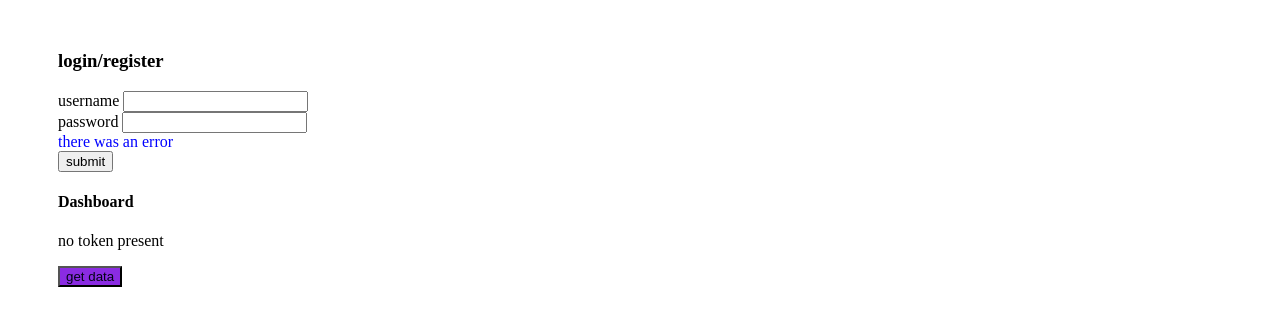
Repository: shivanand1988-28-06/townwarta
Page: http://localhost/
An editor plug-in stored every save of this project. The page is shown before and after the next save, followed by the edit.
The browser window is 1280 px wide. The pictures show the whole page.
Some web libraries are served in a nearby version. The page is served by the project's Node server (Townwarta.js). Other server files are loaded and not shown.

Above is the page before, as saved 2022-03-16 00:46:08.

### public/index.html
<!-- <!DOCTYPE html>
<html>

<head>
    <meta charset="UTF-8" />
    <meta http-equiv="X-UA-Compatible" content="IE=edge" />
    <meta name="viewport" content="width=device-width, initial-scale=1.0" />
    <title>Townwarta</title>
    <link rel="stylesheet" href="./styles.css" />
</head>
    <body>
        <main>
             <form class= "form makenews">
        <div>
              <label for= "newstitle" class= "newstitle-label">TITLE</label><br><br>
              <input type = "text" class = "newstitle-input"></input><br><br>
        </div>

        <div>
              <label for= "newsheading" class= "newsheading-label">Heading</label><br><br>
              <textarea name="heading" class="newsheading" ></textarea><br><br>
        </div>
 <div>
                <label for= "newsarticle" class= "news-label">NewsArticle</label><br><br>
                <textarea name=" newsarticle" cols="30" rows="10"></textarea><br><br>
            </div>
            <div>
                <label for="newsimages"></label><br><br>
                <input type="file" name="newsimage" multiple><br><br>
            </div>
            <div>
                <label for="tags" class="tags">SelectTags</label><br><br>
                <select class="tags" multiple>
                    <option value="sports">SPORTS</option>
                    <option value="health">HEALTH</option>
                    <option value="politics">POLITICS</option>
                    <option value="security">SECURITY</option>
                    <option value="international">INTERNATIONAL</option>
                    <option value="bollywood">BOLLYWOOD</option>
                </select><br><br>
            </div>
            <div>
                <label for="tags" class="tags">SelectStates</label><br><br>
                <select class="tags" multiple>
                    <option value="UTTARPRADESH">UTTARPRADESH</option>
                    <option value="MAHARASHTRA">MAHARASHTRA</option>
                    <option value="GUJRAT">GUJRAT</option>
                    <option value="PANJAB">PANJAB</option>
                    <option value="TAMILNADU">TAMILNADU</option>
                    <option value="JAMMU AND KASHMIR">JAMMU AND KASHMIR</option>
                </select><br><br>
            </div>

                <button type = "submit" class="form-submit">SUBMIT NEWS DATA</button>

            </form>

        </main>



<script>
 src="https://cdnjs.cloudflare.com/ajax/libs/axios/0.21.1/axios.min.js"
      integrity="sha512-bZS47S7sPOxkjU/4Bt0zrhEtWx0y0CRkhEp8IckzK+ltifIIE9EMIMTuT/mEzoIMewUINruDBIR/jJnbguonqQ=="
      crossorigin="anonymous"
      referrerpolicy="no-referrer"
</script>
<script src= "./browser-app.js"></script>
</body>
</html> -->




<!DOCTYPE html>
<html lang="en">
  <head>
    <meta charset="UTF-8" />
    <meta http-equiv="X-UA-Compatible" content="IE=edge" />
    <meta name="viewport" content="width=device-width, initial-scale=1.0" />
    <title>JWT Basics</title>
    <link rel="stylesheet" href="./styles.css" />

  </head>
  <body>

    <main class ="first" id ="firstform">
      <div >
      <form class = "form contact-form">
        <h3>login/register</h3>
        <div class ="form-row">
          <label for="username" class="form-label">username</label>
          <input type="text" class="form-input username-input" />
        </div>
        <div class="form-row">
          <label for="password" class="form-label">password</label>
          <input type="password" class="form-input password-input" />
        </div>
        <div class="text-small form-alert">there was an error</div>
        <button type="submit" class="btn btn-block">submit</button>
      </form>
    </div>
      <div class="container">
        <h4>Dashboard</h4>
        <p class="token">no token present</p>
        <div class="result"></div>
        <button class="btn btn-block" id="data">get data</button>
      </div>

      <div id="root"></div>
    </main>
    <script
      src="https://cdnjs.cloudflare.com/ajax/libs/axios/0.21.1/axios.min.js"
      integrity="sha512-bZS47S7sPOxkjU/4Bt0zrhEtWx0y0CRkhEp8IckzK+ltifIIE9EMIMTuT/mEzoIMewUINruDBIR/jJnbguonqQ=="
      crossorigin="anonymous"
      referrerpolicy="no-referrer"
    ></script>
    <script src="./browser-app.js"></script>

  </body>
</html>

### Townwarta.js

require("dotenv").config();
const express = require("express");
const mongoose = require("mongoose");
const router = require("./routes/mainroutes");
const connectDB = require("./db/connect");
const app = express();

const port = process.env.PORT || 3000

app.use(express.json());

 app.use("/api/v1",router);
 app.use (express.urlencoded({extended:false}));
 app.use(express.static("./public"));

const start = async () =>{

try{

    await connectDB(process.env.MONGO_URI);
    app.listen(port,()=>{ console.log(`app is running over port ${port}`)});

}catch(error) {

    console.log(error);

}

}

start();

### public/styles.css
.makenews{
    text-align: center;
    padding-top: 40px;
};
.newstitle-label{
   padding-bottom: 0px;
   color:blue;
}
.newstitle-input{
    color:brown;
};
.newsheading{

    color:blue
}

.first{

   margin: 50px;


   }


.form-alert{
    color:blue
}

#data{
    color: rgb(3, 3, 22);
    background-color: blueviolet;
}

### public/browser-app.js

// const formDOM = document.querySelector('.form');
// const usernameInputDOM = document.querySelector('.username-input');
// const passwordInputDOM = document.querySelector('.password-input');
// const btnDOM = document.querySelector('#data');
// const resultDOM = document.querySelector('.result');

// formDOM.addEventListener('submit',async(e)=>{
//    e.preventDefault();
//     const username = usernameInputDOM.value
//     const password = passwordInputDOM.valuey

//     const newsheading = textDOM.value;

// try{

// const {data} = await axios.post('/api/v1/news/users',{username,password})

// }catch(error){
//         console.log(error);
// }


//      }
// );

// btnDOM.addEventListener('click',async(e)=>{
//         const {data} = await axios.get('/api/v1/news/users',(e)=>{console.log({data})}

//         );
//         resultDOM.innerHTML = `<h1>${data.username}</h1>`;
// }

// )






const formDOM = document.querySelector('.form');
const usernameInputDOM = document.querySelector('.username-input');
const passwordInputDOM = document.querySelector('.password-input');
const formAlertDOM = document.querySelector('.form-alert');
const resultDOM = document.querySelector('.result');
const btnDOM = document.querySelector('#data');
const tokenDOM = document.querySelector('.token');

formDOM.addEventListener('submit', async (e) => {
  formAlertDOM.classList.remove('text-success')
  tokenDOM.classList.remove('text-success')

  e.preventDefault()
  const username = usernameInputDOM.value
  const password = passwordInputDOM.value

  try {
    const { data } = await axios.post('/api/v1/users', { username, password })

    formAlertDOM.style.display = 'block'
    formAlertDOM.textContent = data.msg

    formAlertDOM.classList.add('text-success')
    usernameInputDOM.value = ''
    passwordInputDOM.value = ''

    localStorage.setItem('token', data.token)
    resultDOM.innerHTML = ''
    tokenDOM.textContent = 'token present'
    tokenDOM.classList.add('text-success')
  } catch (error) {
    formAlertDOM.style.display = 'block'
    formAlertDOM.textContent = error.response.data.msg
    localStorage.removeItem('token')
    resultDOM.innerHTML = ''
    tokenDOM.textContent = 'no token present'
    tokenDOM.classList.remove('text-success')
  }
  setTimeout(() => {
    formAlertDOM.style.display = 'none'
  }, 2000)
})

btnDOM.addEventListener('click', async () => {
  const token = localStorage.getItem('token')
  try {
    const { data } = await axios.get('/api/v1/users', {
      headers: {
        Authorization: `Bearer ${token}`,
      },
    })
    resultDOM.innerHTML = `<h5>${data.msg}</h5><p>${data.allusers[data.allusers.length-1].password}</p>`
    console.log(data.allusers.length);
    data.secret
  } catch (error) {
    localStorage.removeItem('token')
    resultDOM.innerHTML = `<p>${error.response.data.msg}</p>`
  }
})

const checkToken = () => {
  tokenDOM.classList.remove('text-success')

  const token = localStorage.getItem('token')
  if (token) {
    tokenDOM.textContent = 'token present'
    tokenDOM.classList.add('text-success')
  }
}
checkToken();

After the next save:
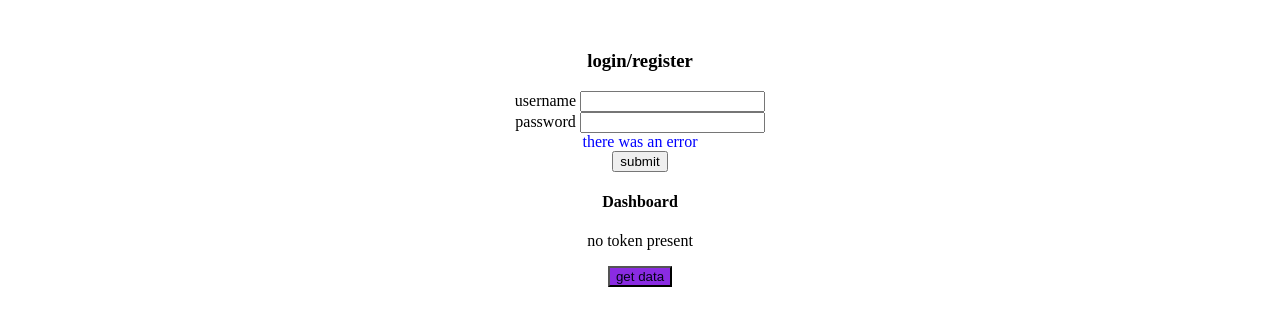
Saved 32 s later.
--- a/public/styles.css
+++ b/public/styles.css
@@ -17,7 +17,8 @@
 .first{
 
    margin: 50px;
-
+ text-align: center;
+ text-shadow: 2px;
 
    }
 
